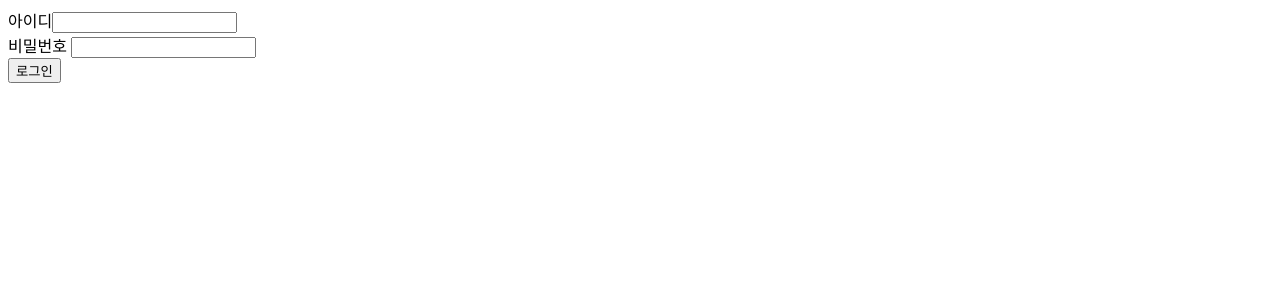
Repository: ih0615/NewJSP
Page: http://localhost/board/views/member/loginForm.jsp
These files come from the project's save history. The page is drawn as it stood at one moment and after the next save; the edit follows.
The browser window is 1280 px wide. The pictures show the whole page.
The page is served by Tomcat 9. Other server files are loaded and not shown.

Above is the page before, as saved 2020-11-25 05:58:25.

### board/WebContent/views/member/loginForm.jsp
<%@ page language="java" contentType="text/html; charset=UTF-8" pageEncoding="UTF-8"%>
<!DOCTYPE html>
<html>
<head>
<meta charset="UTF-8">
<title>로그인</title>
</head>
<body>
	<form action="loginProc.do" method="post">
		<div>
			아이디<input type="text" id="id" name="id" />
		</div>
		<div>
			비밀번호 <input type="password" id="pwd" name="pwd" />
		</div>
		<input type="submit" value="로그인"/>
	</form>
</body>
</html>

After the next save:
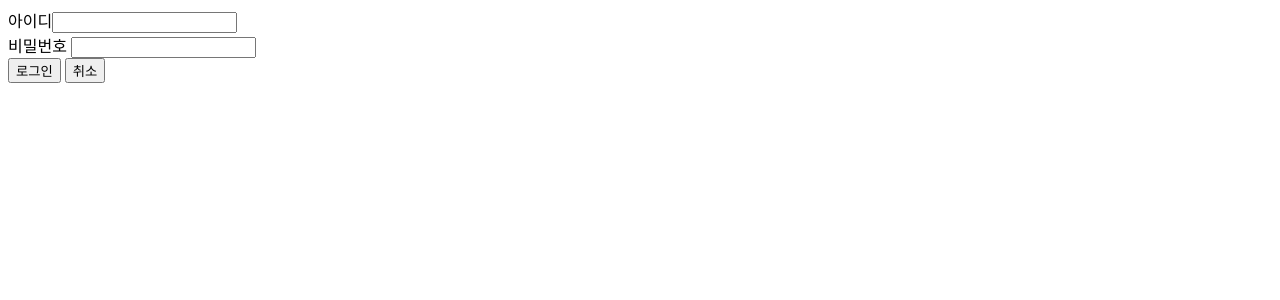
Saved 90 s later.
--- a/board/WebContent/views/member/loginForm.jsp
+++ b/board/WebContent/views/member/loginForm.jsp
@@ -13,7 +13,7 @@
 		<div>
 			비밀번호 <input type="password" id="pwd" name="pwd" />
 		</div>
-		<input type="submit" value="로그인"/>
+		<input type="submit" value="로그인" /> <input type="button" value="취소" onclick="location.href='/'"/>
 	</form>
 </body>
 </html>
